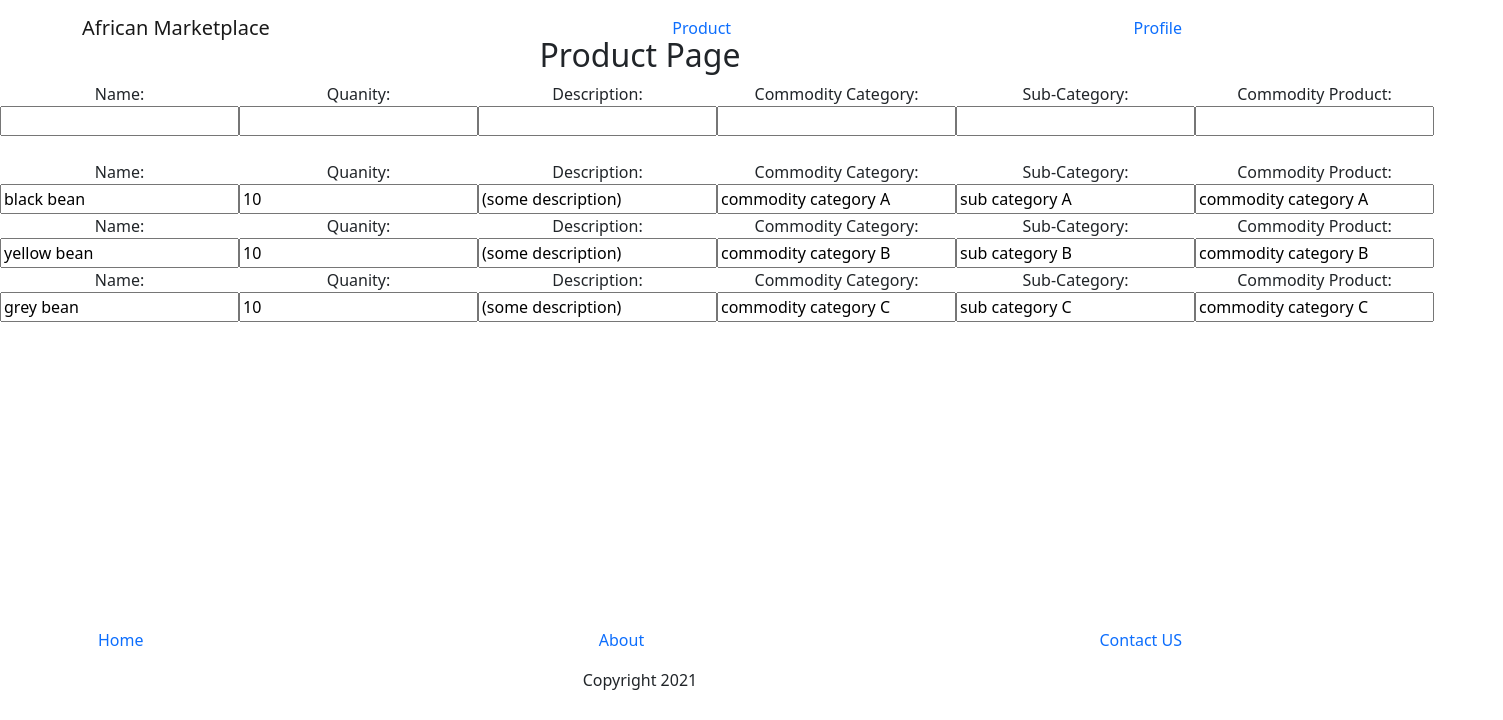
Repository: NelsonMaldonado/AfricanMarketplace
Page: /product (app in african-marketplace/)
An editor plug-in stored every save of this project. The page is shown before and after a run of saves, followed by the edit.
The browser window is 1280 px wide. The page is 1434 px wide, then 1503 px, so the pictures cover 1503 px, including what lies to the right of the window. The pictures show the whole page.
The project was rebuilt for these pictures with package versions that can differ from the ones it lists, and the page was loaded fresh each time. Also part of the build but not shown: african-marketplace/src/component/form_login.js, african-marketplace/src/page/home.js, african-marketplace/src/component/404.js, african-marketplace/src/page/about.js, african-marketplace/src/page/profile.js, african-marketplace/src/page/contact.js.

Above is the page before, as saved 2021-08-23 08:55:52.

### african-marketplace/src/App.js
import "./App.css";
import HomePage from "./page/home";
import NavigationBar from "./component/navigation-bar";
import Page404 from "./component/404";
import Footer from "./component/footer";
import AboutPage from "./page/about";
import ProductPage from "./page/product";
import ProfilePage from "./page/profile";
import ContactPage from "./page/contact";
import { BrowserRouter, Route, Switch } from "react-router-dom";

function App() {
  return (
    <div className="App">
      <header>
        <NavigationBar />
      </header>
      <main>
        <BrowserRouter>
          <Switch>
            <Route exact path="/">
              <HomePage />
            </Route>
            <Route path="/product">
              <ProductPage />
            </Route>
            <Route path="/profile">
              <ProfilePage />
            </Route>
            <Route path="/About">
              <AboutPage />
            </Route>
            <Route path="/Contact">
              <ContactPage />
            </Route>

            <Route>
              <Page404 />
            </Route>
          </Switch>
        </BrowserRouter>
      </main>
      <footer>
        <Footer />
      </footer>
    </div>
  );
}

export default App;

### african-marketplace/src/App.css
.App {
  text-align: center;
}

.App-logo {
  height: 40vmin;
  pointer-events: none;
}

@media (prefers-reduced-motion: no-preference) {
  .App-logo {
    animation: App-logo-spin infinite 20s linear;
  }
}

.App-header {
  background-color: #282c34;
  min-height: 100vh;
  display: flex;
  flex-direction: column;
  align-items: center;
  justify-content: center;
  font-size: calc(10px + 2vmin);
  color: white;
}

.App-link {
  color: #61dafb;
}

header{
  height:5vh;
}

footer{
  height:5vh;
}

main{
  height:80vh;
}

.flex-column{
  display: flex;
  flex-direction: column;
}

.flex-row{
  display: flex;
  flex-direction: row;
}

@keyframes App-logo-spin {
  from {
    transform: rotate(0deg);
  }
  to {
    transform: rotate(360deg);
  }
}

### african-marketplace/src/component/navigation-bar.js
import { Navbar, Nav, Container } from "react-bootstrap";
import "bootstrap/dist/css/bootstrap.min.css";

export default function NavigationBar(props) {
  return (
    <Navbar>
      <Container>
        <Navbar.Brand href="/">African Marketplace</Navbar.Brand>
        <Nav.Link href="/product">Product</Nav.Link>
        <Nav.Link href="/profile">Profile</Nav.Link>
      </Container>
    </Navbar>
  );
}

### african-marketplace/src/component/footer.js
import { Navbar, Nav, Container } from "react-bootstrap";
import "bootstrap/dist/css/bootstrap.min.css";

export default function Footer(props) {
  return (
    <div>
      <Navbar>
        <Container>
          <Nav.Link href="/">Home</Nav.Link>
          <Nav.Link href="/about">About</Nav.Link>
          <Nav.Link href="/contact">Contact US</Nav.Link>
        </Container>
      </Navbar>
      <p>Copyright 2021</p>
    </div>
  );
}

### african-marketplace/src/page/product.js
import React from "react";
import Form_Listing_Item from "../component/form_listing_item";
import Form_Add_Item from "../component/form_add_item";
export default function ProductPage(props) {
  return (
    <div>
      <h2>Product Page</h2>

      <Form_Add_Item />
      <br />

      <Form_Listing_Item />
    </div>
  );
}

### african-marketplace/src/component/form_listing_item.js
import React from "react";
import { sample_items } from "./constant";
import Form_Item from "../component/form_item";

export default function Form_Listing_Item(props) {
  return (
    <div>
      {Array.from(sample_items).map((object) => {
        return <Form_Item input_object={object} />;
      })}
    </div>
  );
}

### african-marketplace/src/component/form_add_item.js
import React from "react";

export default function Form_Add_Item(props) {
  return (
    <form class="flex-row">
      <label>
        Name:
        <input value="" />
      </label>
      <label>
        Quanity:
        <input value="" />
      </label>
      <label>
        Description:
        <input value="" />
      </label>
      <label>
        Commodity Category:
        <input value="" />
      </label>
      <label>
        Sub-Category:
        <input value="" />
      </label>
      <label>
        Commodity Product:
        <input value="" />
      </label>
    </form>
  );
}

### african-marketplace/src/component/constant.js
export const sample_items = [
  {
    name: "black bean",
    quantity: "10",
    description: "(some description)",
    commodityCategory: "commodity category A",
    subCategory: "sub category A",
    commodityProduct: "commodity product A",
  },
  {
    name: "yellow bean",
    quantity: "10",
    description: "(some description)",
    commodityCategory: "commodity category B",
    subCategory: "sub category B",
    commodityProduct: "commodity product B",
  },
  {
    name: "grey bean",
    quantity: "10",
    description: "(some description)",
    commodityCategory: "commodity category C",
    subCategory: "sub category C",
    commodityProduct: "commodity product C",
  },
];

### african-marketplace/src/component/form_item.js
import React from "react";

export default function Form_Item(props) {
  const {
    name,
    quantity,
    description,
    commodityCategory,
    subCategory,
    commodityProduct,
  } = props.input_object;
  return (
    <form class="flex-row">
      <label>
        Name:
        <input value={props.input_object.name} />
      </label>
      <label>
        Quanity:
        <input value={props.input_object.quantity} />
      </label>
      <label>
        Description:
        <input value={props.input_object.description} />
      </label>
      <label>
        Commodity Category:
        <input value={props.input_object.commodityCategory} />
      </label>
      <label>
        Sub-Category:
        <input value={props.input_object.subCategory} />
      </label>
      <label>
        Commodity Product:
        <input value={props.input_object.commodityCategory} />
      </label>
    </form>
  );
}

Loaded but not shown: african-marketplace/public/index.html (common file); african-marketplace/src/index.js (common file); african-marketplace/src/index.css (common file); african-marketplace/src/reportWebVitals.js (common file)

After the next 3 saves:
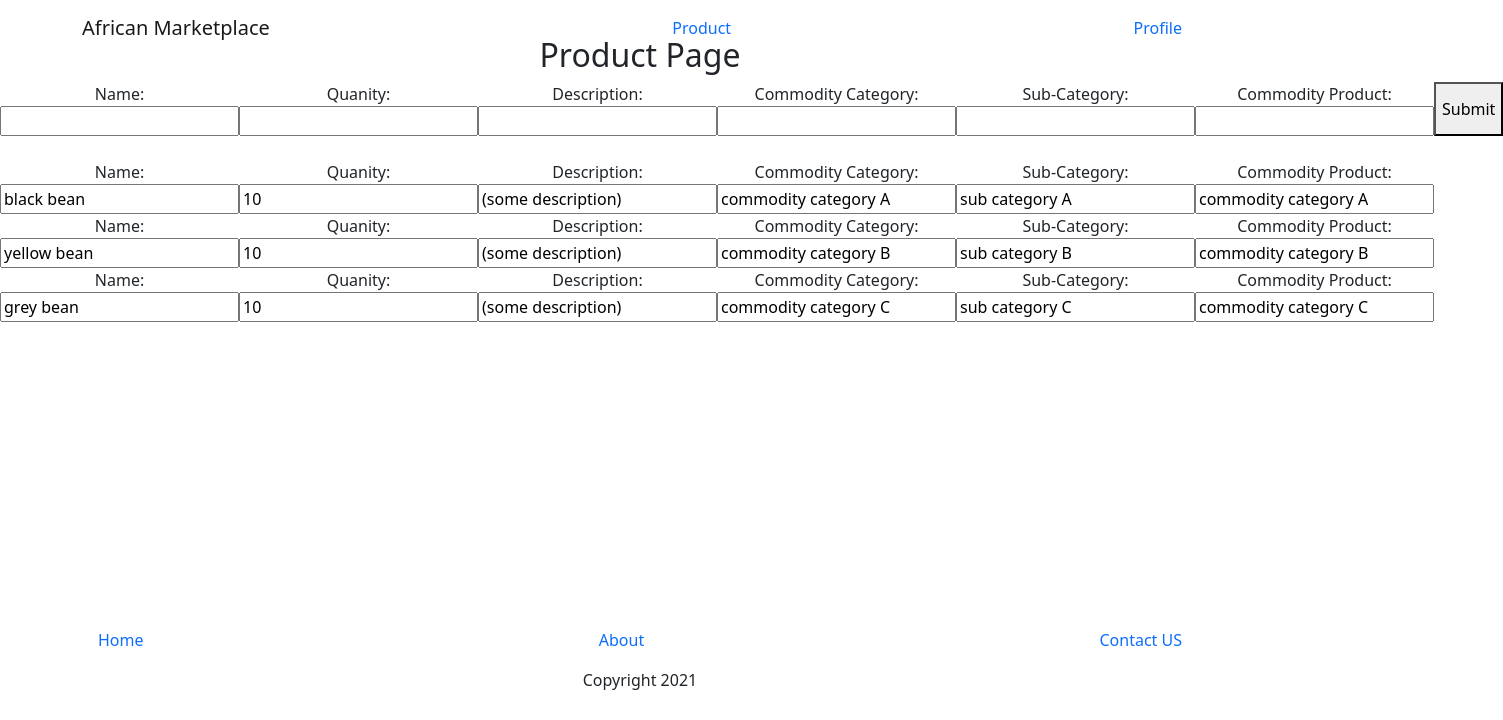
The 3 saves are shown as one change because they came seconds apart.
The last was saved 35 s later.
--- a/african-marketplace/src/component/form_add_item.js
+++ b/african-marketplace/src/component/form_add_item.js
@@ -27,6 +27,8 @@ export default function Form_Add_Item(props) {
         Commodity Product:
         <input value="" />
       </label>
+      <br />
+      <button>Submit</button>
     </form>
   );
 }
